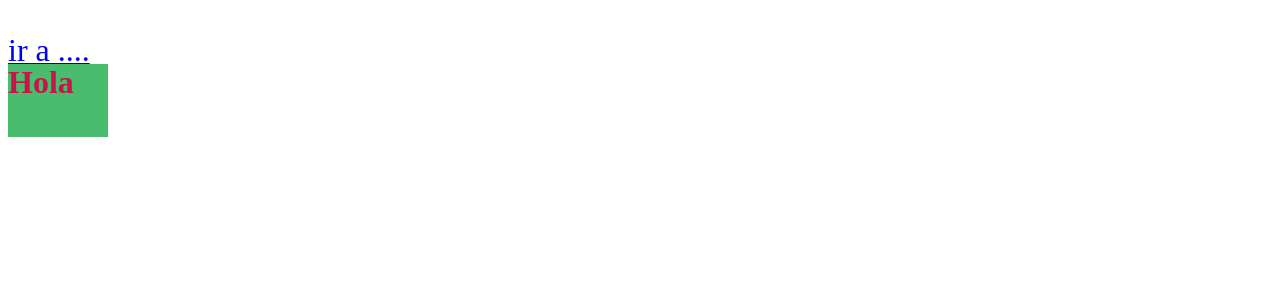
Repository: gadiazsaavedra/Unidad_2
Page: index.html
These files come from the project's save history. The page is drawn as it stood at one moment and after a run of saves; the edit follows.
The browser window is 1280 px wide. The pictures show the whole page.

Above is the page before, as saved 2023-08-07 15:38:01.

After the next 5 saves:
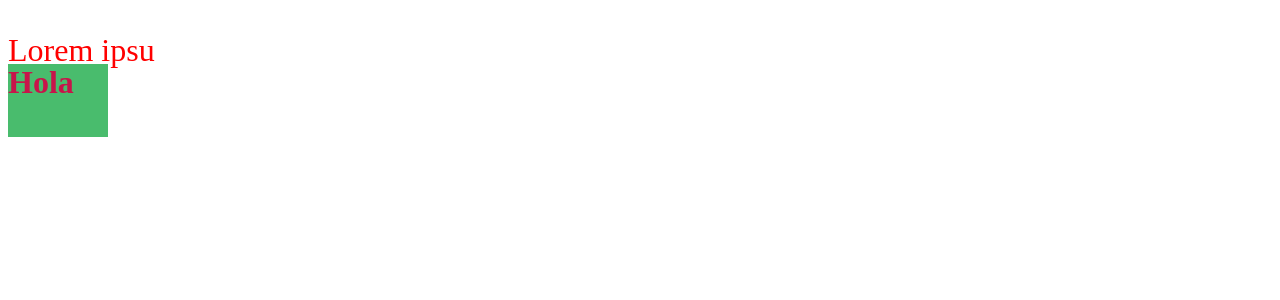
The 5 saves are shown as one change because they came seconds apart.
The last was saved 12 s later.
--- a/index.html
+++ b/index.html
@@ -7,7 +7,7 @@
   </head>
   <body>
     <p style="width: 100px; height: 73px;" id="mi_parrafo">Hola</p>
-    <p></p>
+    <p>Lorem ipsu</p>
     <p><a href="https://www.google.com/">ir a ....</a><br>
     </p>
   </body>
